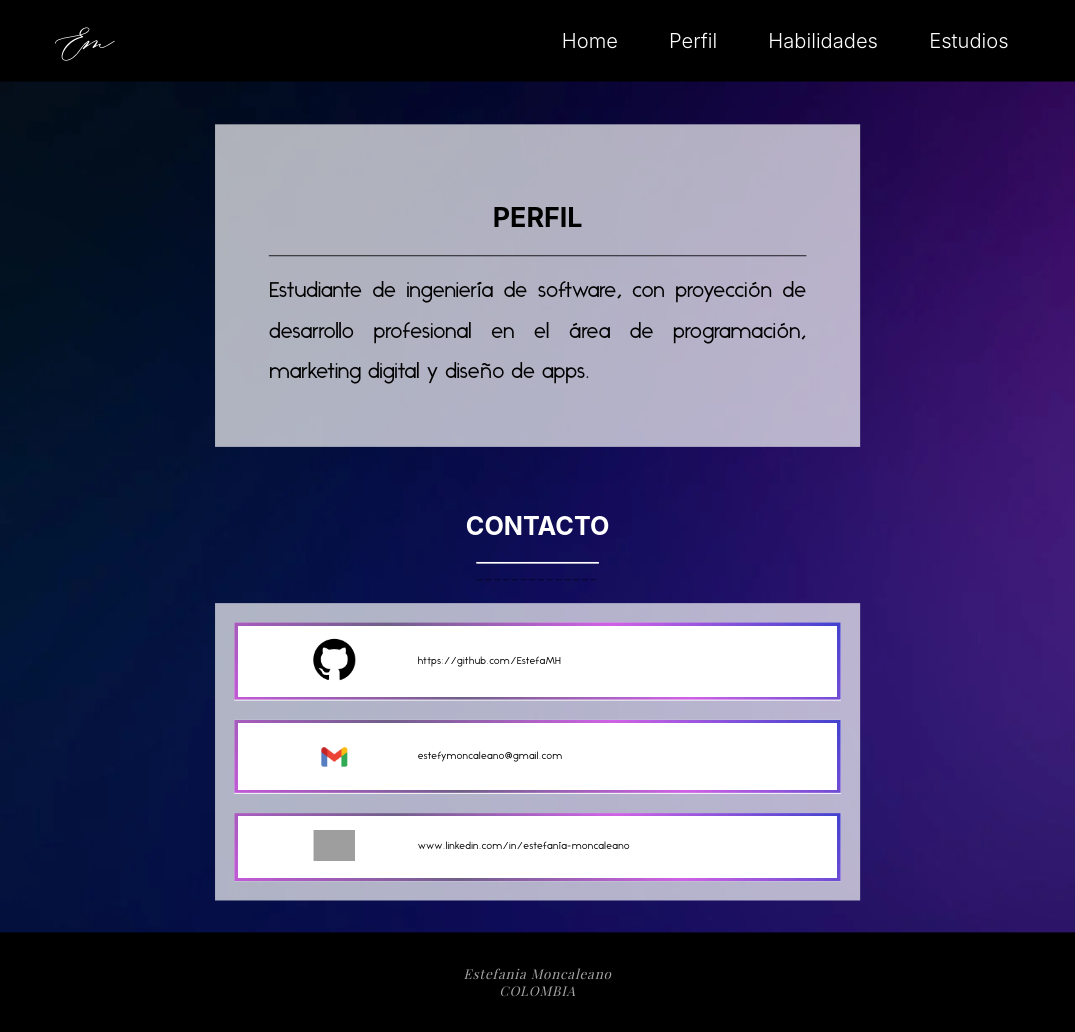
Repository: EstefaMH/PORTAFOLIO
Page: /aboutme
An editor plug-in stored every save of this project. The page is shown before and after a run of saves, followed by the edit.
The browser window is 1280 px wide. The pictures show the whole page, at 84% of full size.
Pictures or frames that could not be fetched are drawn as grey boxes. Some web fonts or font styles are not loaded; a fallback is used. The project was rebuilt for these pictures with package versions that can differ from the ones it lists, and the page was loaded fresh each time. Also part of the build but not shown: src/pages/home/Home.js, src/pages/error/Error404.css, src/pages/error/Error404.js, src/pages/jobs/Jobs.js, src/models/Languages.js, src/components/project/project.js, src/pages/skills/Skills.css, src/pages/skills/Skills.js and 2 more.

Above is the page before, as saved 2024-05-23 22:44:47.

After the next 4 saves:
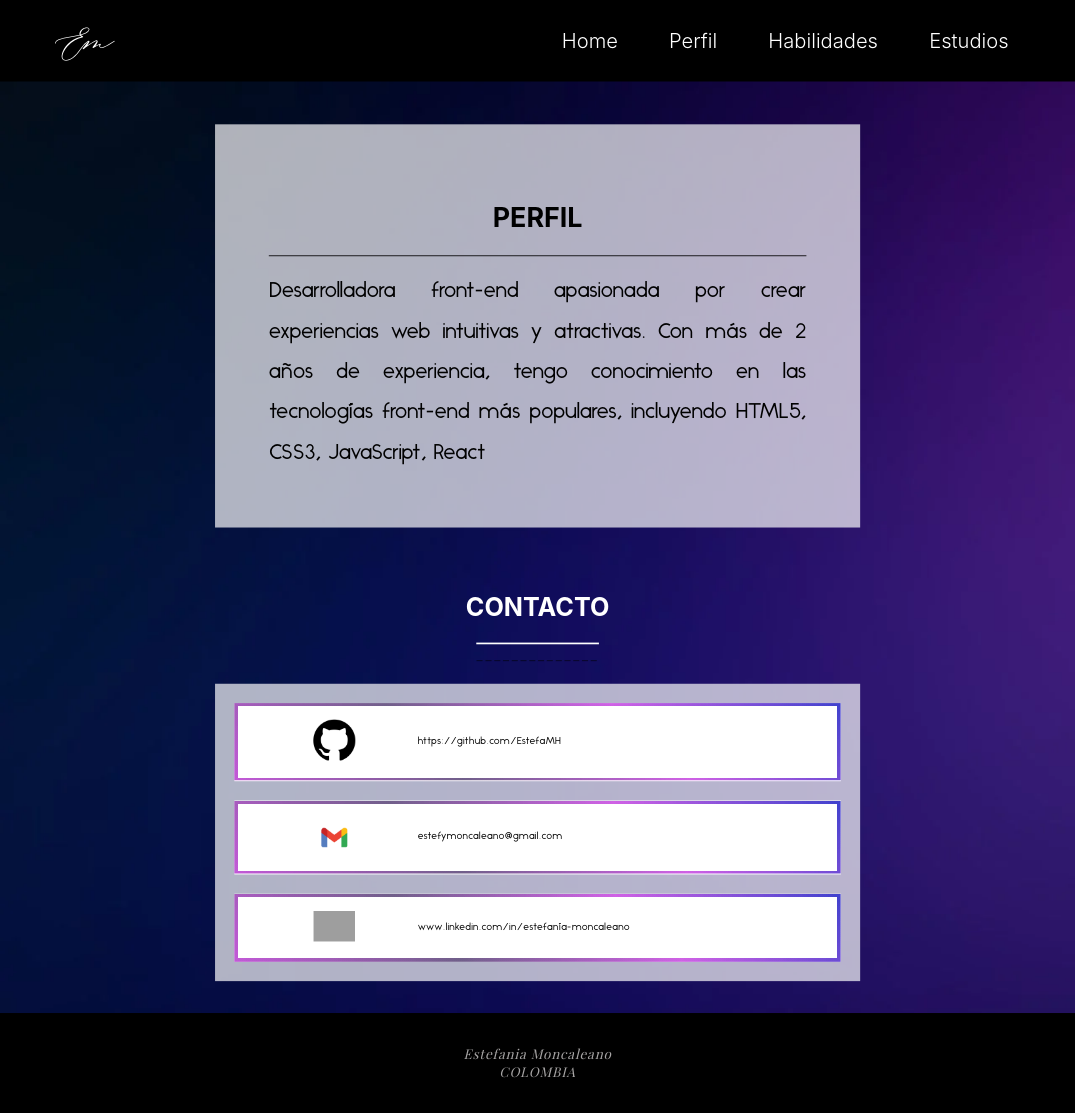
The 4 saves are shown as one change because they came seconds apart.
The last was saved 93 s later.
--- a/src/pages/aboutme/Aboutme.js
+++ b/src/pages/aboutme/Aboutme.js
@@ -17,7 +17,10 @@ function About() {
 
                     <h1 >PERFIL</h1>
                     <p className='line'></p>
-                    <p>Estudiante  de ingeniería de software, con proyección de desarrollo profesional en el área de programación, marketing digital y diseño de apps.</p>
+                    <p>
+                        Desarrolladora front-end apasionada por crear experiencias web intuitivas y atractivas.
+                        Con más de 2 años de experiencia, tengo conocimiento en las tecnologías front-end más populares, incluyendo HTML5, CSS3, JavaScript, React
+                    </p>
                 </div>
             </section>
 
